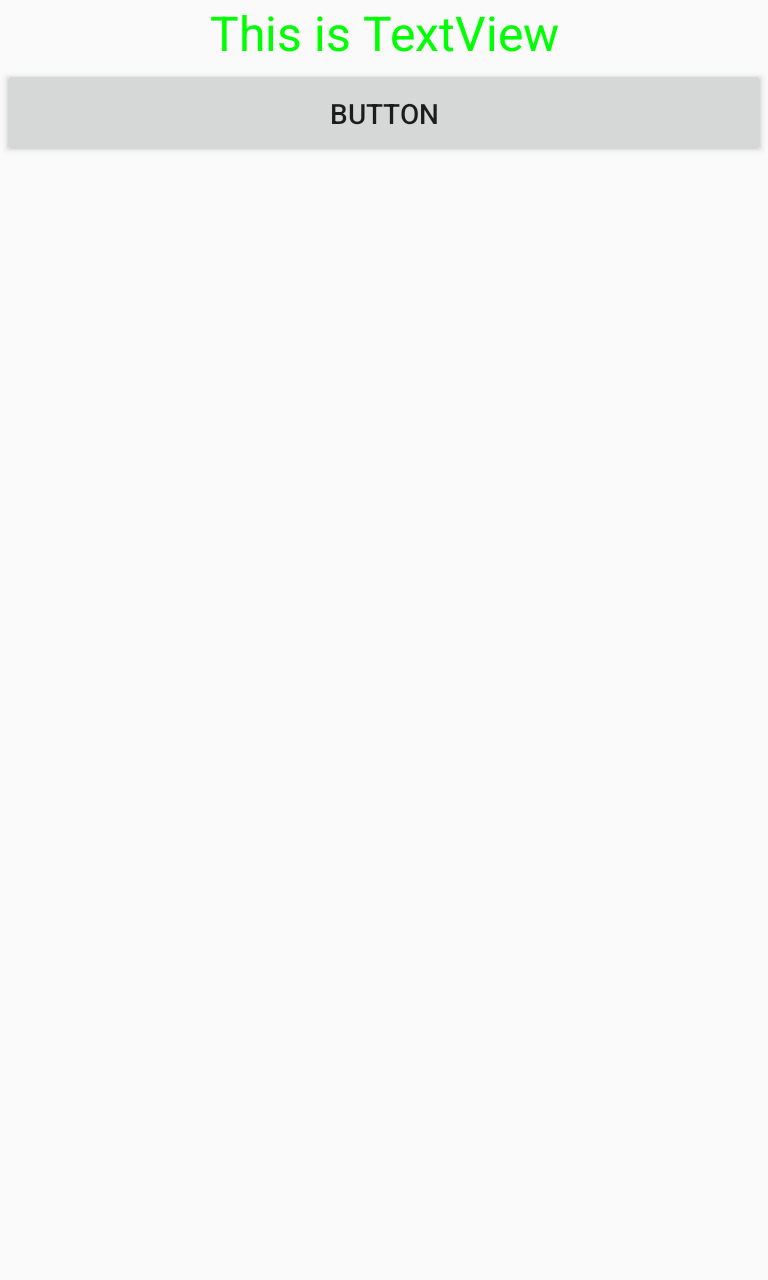
Repository: hohoTT/Android_summarize
Layout: UIWidgeTest/res/layout/activity_main.xml
These files come from the project's save history. The layout is drawn as it stood at one moment and after the next save; the edit follows.
It is drawn on a 768 x 1280 px phone screen (xhdpi) without system bars, with theme AppTheme; the app's code is not run.

Above is the layout before, as saved 2016-02-23 08:45:11.

### UIWidgeTest/res/layout/activity_main.xml
<LinearLayout xmlns:android="http://schemas.android.com/apk/res/android"
    android:layout_width="match_parent"
    android:layout_height="match_parent"
    android:orientation="vertical">

    <TextView
        android:id="@+id/text_view"
        android:layout_width="match_parent"
        android:layout_height="wrap_content"
        android:gravity="center"
        android:textSize="24sp"
        android:textColor="#00ff00"
        android:text="This is TextView" />

    <Button
        android:id="@+id/button"
        android:layout_width="match_parent"
        android:layout_height="wrap_content"
        android:text="Button" />
    <LinearLayout >
    <EditText
        android:id="@+id/edit_text"
        android:layout_width="match_parent"
        android:layout_height="wrap_content"
        android:hint="Type something here" />
</LinearLayout>
</LinearLayout>

Loaded but not shown: UIWidgeTest/res/values/styles.xml (common file); UIWidgeTest/res/values-v11/styles.xml (common file); UIWidgeTest/res/values-v14/styles.xml (common file)

After the next save:
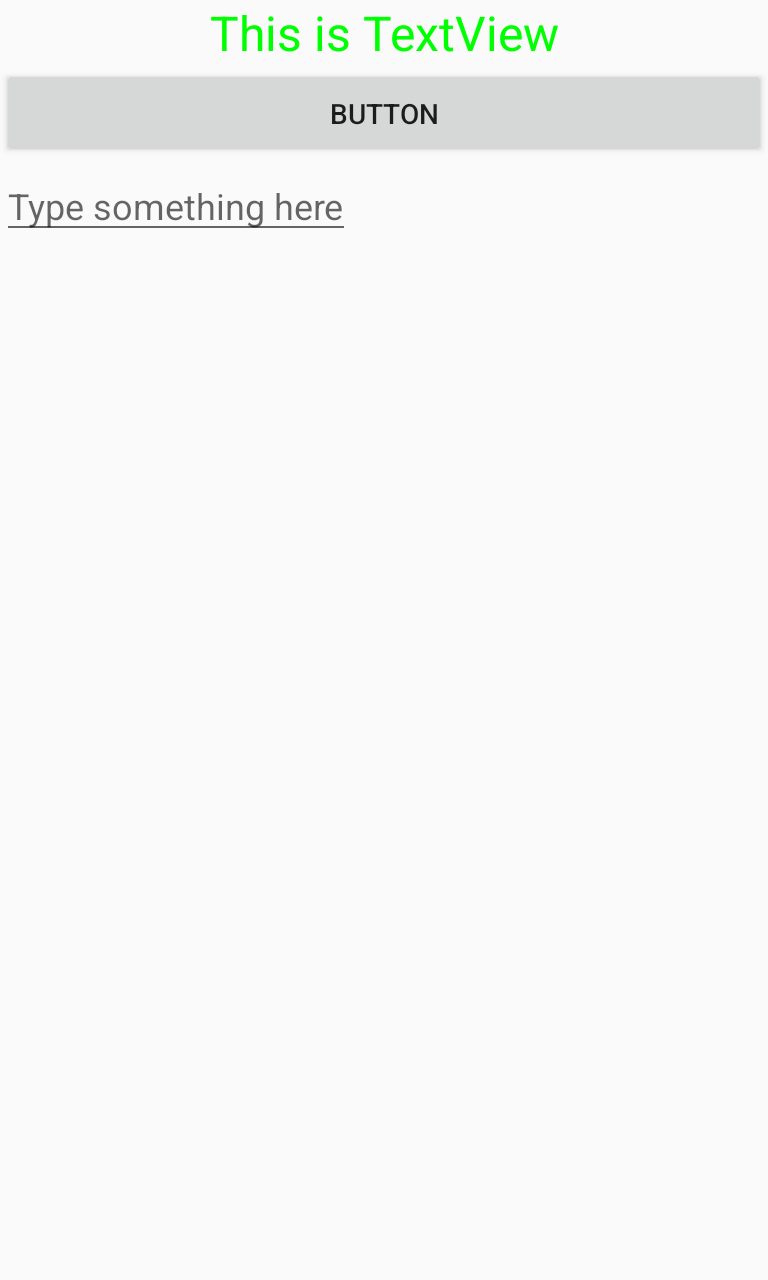
Saved 25 s later.
--- a/UIWidgeTest/res/layout/activity_main.xml
+++ b/UIWidgeTest/res/layout/activity_main.xml
@@ -17,7 +17,11 @@
         android:layout_width="match_parent"
         android:layout_height="wrap_content"
         android:text="Button" />
-    <LinearLayout >
+    <LinearLayout
+        android:layout_width="wrap_content"
+            android:layout_height="wrap_content"
+            android:layout_weight="1"
+            android:orientation="vertical" >
     <EditText
         android:id="@+id/edit_text"
         android:layout_width="match_parent"
